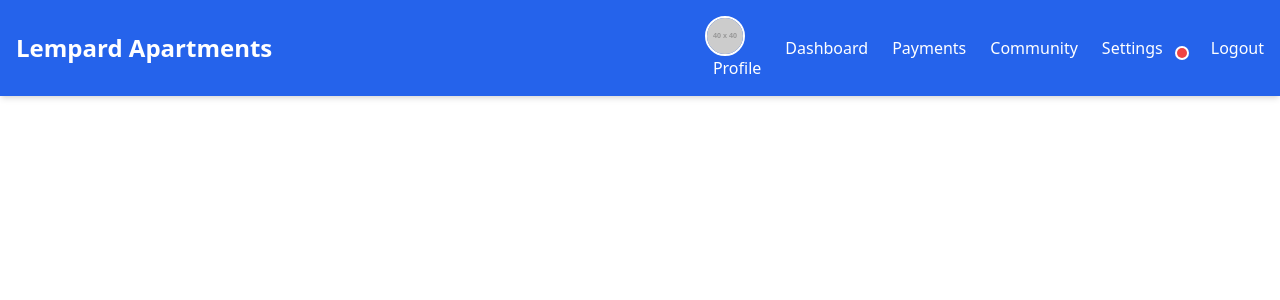
Repository: makanda596/system
Page: /home (app in client/)
An editor plug-in stored every save of this project. The page is shown before and after the next save, followed by the edit.
The browser window is 1280 px wide. The pictures show the whole page.
The project was rebuilt for these pictures with package versions that can differ from the ones it lists, and the page was loaded fresh each time. Also part of the build but not shown: client/src/SignUpForm.jsx, client/src/LoginForm.jsx. Imported but missing from the stored project, and not drawn on this page: client/src/reportWebVitals.

Above is the page before, as saved 2024-12-03 08:31:19.

### client/src/App.js
import React from 'react';
import { BrowserRouter as Router, Route, Routes } from 'react-router-dom';
import Home from './Home.jsx'
import SignUpForm from './SignUpForm.jsx'
import LoginForm from './LoginForm.jsx'
function App() {
  return (
    <div>
      <Router>
        <Routes>
          <Route path="/signup" element={<SignUpForm />} />
          <Route path='/' element={<LoginForm />} />
          <Route path='/home' element={<Home />} />
        </Routes>
      </Router>
    </div>
  );
}

export default App;

### client/src/Home.jsx
import React from 'react';
import Navbar from '../src/componets/Navbar'
function Home() {
    return (
        <div>
            <Navbar />
        </div>
    );
}

export default Home;

### client/src/componets/Navbar.jsx
import React from 'react';
import { Link } from 'react-router-dom';

function Navbar() {
    const handleLogout = () => {
        // Logic for logging out (e.g., clearing session data, tokens, etc.)
        window.location.href = '/login'; // Redirect to the login page after logout
    };

    return (
        <nav className="bg-blue-600 shadow-md">
            <div className="max-w-7xl mx-auto px-4 py-4 flex justify-between items-center">
                {/* Logo or Apartment Name */}
                <h1 className="text-white text-2xl font-bold">Lempard Apartments</h1>

                {/* Navbar links */}
                <div className="flex space-x-6 items-center text-white">
                    {/* Profile Picture and Profile Link */}
                    <div className="relative">
                        <img
                            src="https://via.placeholder.com/40" // Replace with actual profile picture URL
                            alt="Profile"
                            className="w-10 h-10 rounded-full border-2 border-white"
                        />
                        <Link to="/profile" className="ml-2 hover:text-blue-300">Profile</Link>
                    </div>

                    {/* Dashboard Link */}
                    <Link to="/dashboard" className="hover:text-blue-300">Dashboard</Link>

                    {/* Payments Link */}
                    <Link to="/payments" className="hover:text-blue-300">Payments</Link>

                    {/* Community Link */}
                    <Link to="/community" className="hover:text-blue-300">Community</Link>

                    {/* Settings Link */}
                    <Link to="/settings" className="hover:text-blue-300">Settings</Link>

                    {/* Alert Icon (Bell) */}
                    <div className="relative">
                        <span className="absolute top-0 right-0 inline-block w-2.5 h-2.5 bg-red-500 rounded-full ring-2 ring-white"></span>
                        <i className="fas fa-bell text-white text-xl"></i>
                    </div>

                    {/* Logout Button */}
                    <button onClick={handleLogout} className="hover:text-blue-300">Logout</button>
                </div>
            </div>
        </nav>
    );
}

export default Navbar;

Loaded but not shown: client/src/index.js (common file); client/src/index.css (common file); client/tailwind.config.js (common file)

After the next save:
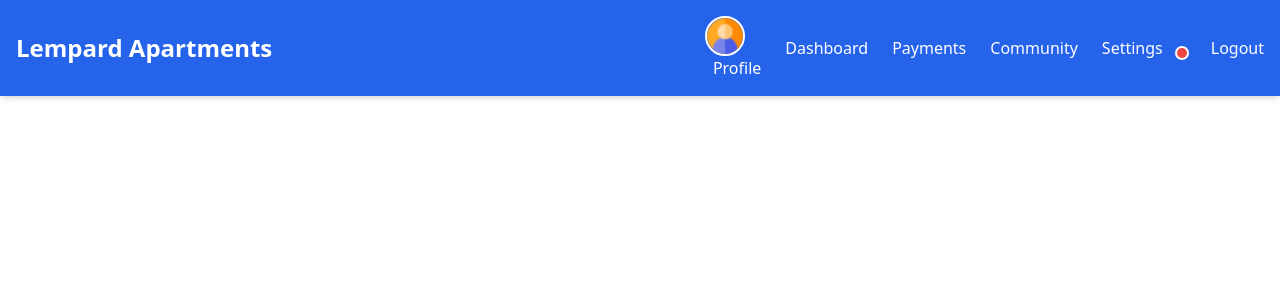
Saved 68 s later.
--- a/client/src/componets/Navbar.jsx
+++ b/client/src/componets/Navbar.jsx
@@ -1,6 +1,6 @@
 import React from 'react';
 import { Link } from 'react-router-dom';
-
+import avatar from '../assets/avatar.png'
 function Navbar() {
     const handleLogout = () => {
         // Logic for logging out (e.g., clearing session data, tokens, etc.)
@@ -18,8 +18,8 @@ function Navbar() {
                     {/* Profile Picture and Profile Link */}
                     <div className="relative">
                         <img
-                            src="https://via.placeholder.com/40" // Replace with actual profile picture URL
-                            alt="Profile"
+                            src={avatar} // Replace with actual profile picture URL
+                            alt=""
                             className="w-10 h-10 rounded-full border-2 border-white"
                         />
                         <Link to="/profile" className="ml-2 hover:text-blue-300">Profile</Link>
